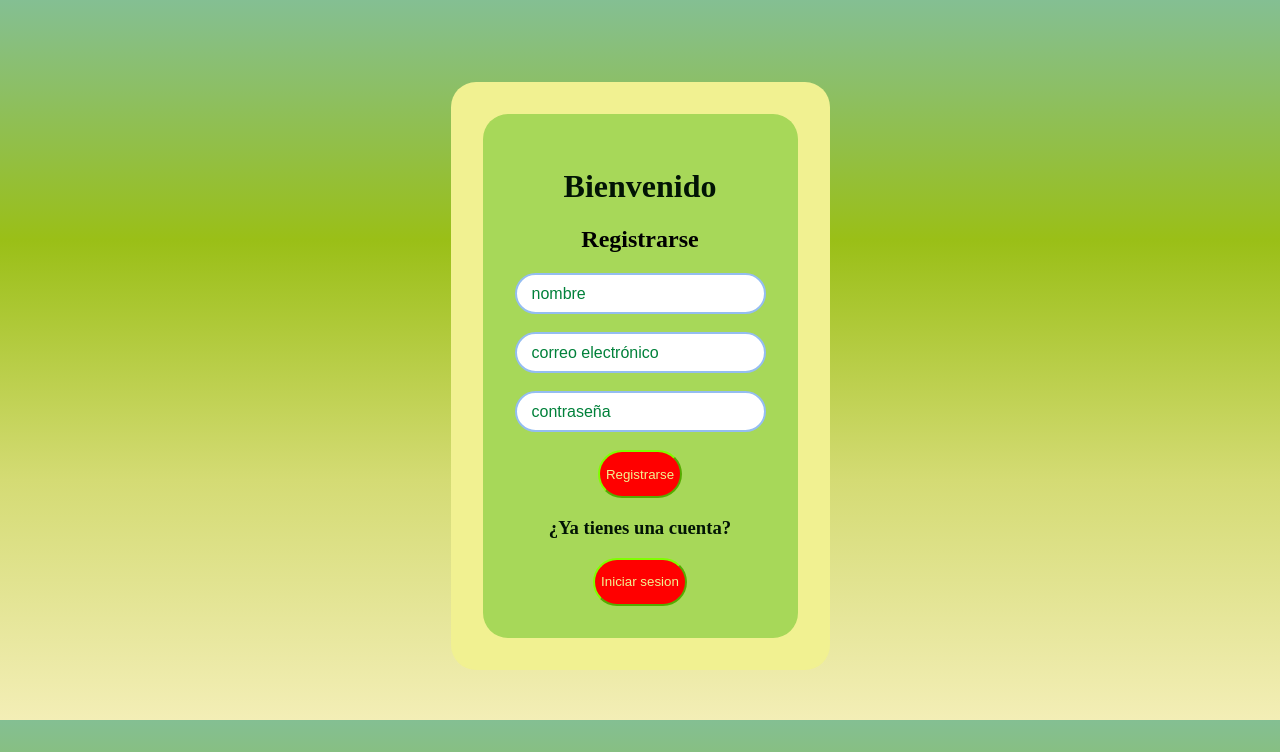
Repository: carrascokarencb37-afk/Nuura
Page: html/registrarse.html
An editor plug-in stored every save of this project. The page is shown before and after the next save, followed by the edit.
The browser window is 1280 px wide. The pictures show the whole page.
Some icons come from a web library that is not loaded, so they are not drawn. Backgrounds fixed to the window are drawn as part of the page.

Above is the page before, as saved 2026-05-28 22:51:18.

### html/registrarse.html
<!DOCTYPE html>
<html lang="es">
<head>
    <meta charset="UTF-8">
    <meta name="viewport" content="width=device-width, initial-scale=1.0">

    <title>Nuura - Registrarse</title>

    <link rel="stylesheet" href="../css/style.css">
    <link rel="icon" href="../img/Nuura.png" type="png">

        <script src="../js/script.js" defer></script>

</head>
    <body>
        <div class="borde">
            <div class="cont">
                <h1>Bienvenido</h1>
                <h2>Registrarse</h2>

        <form action="../php/guardar.php" method="POST">
                <input type="text" name="nombre" placeholder="nombre" id="nombre">
                <br><br>
                <input type="email" name="correo" id="correo" placeholder="correo electrónico">
                <br><br>
            <div class="contra">
                <input type="password" name="contra" id="contra" placeholder="contraseña">
                <span onclick="mostrarContra()" class="ojo">
                    <i
                        class="fi fi-sr-eye">
                    </i>
                </span>
                <br><br>
            </div>

                <button type="submit" class="chapito">Registrarse</button>

        </form>
                <h3>¿Ya tienes una cuenta?</h3>

                <a href="iniciarsesion.html"><button class="chapito">Iniciar sesion</button></a>

            </div>
        </div>

    </body>
</html>

### css/style.css
@import url('https://cdn-uicons.flaticon.com/4.0.0/uicons-solid-rounded/css/uicons-solid-rounded.css');

/*Importar fuente chewy*/
@font-face {
    font-family: 'chewy';
    src: url(../fonts/Chewy-Regular.ttf) format('truetype');
    font-weight: normal;
    font-style: normal;
}


body {
    background-image: linear-gradient(to top, #f3eeb6, #d4db74, #9abf17, #84bf93);
    background-size: cover;
    background-attachment: fixed;
    min-height: 100vh;
    margin: 0;

    justify-content: center;
    text-align: center;
    padding: 1rem;
    display: flex;
    align-items: center;
    justify-content: center;
}

.titulo {
    font-family: Arial, Helvetica, sans-serif;
}

.boton {
    text-decoration: none;
}

/*Aqui empieza el estilo de INICIAR SESION.html*/
.cont{
    border-radius: 25px;
    background-color: #a7d859;
    padding: 2rem;
    min-width: 70%;
    min-height: 70%;
}
.cont h1{
    color: rgb(2, 20, 5);
    font-family:cursive;
}
.cont h3{
    color:rgb(2, 20, 5);
    font-family:cursive;
}

.borde{
    background-color: #F1F191;
    border-radius:25px;
    padding: 2rem;
}

/*registros*/
.cont input{
    border-radius:30px;
    height: 2rem;
    width: 15rem;
    border-color: rgb(148, 189, 241);
}
.cont ::placeholder{
    color: rgb(0, 129, 58);
}

input{
    color: #004d00;
    max-width: 230px;
    min-height: 35px;

    border-radius: 20px;
    border: 2px solid #4c74ff;

    padding-left: 15px;

    color: #145214;

    font-size: 16px;

    outline: none;
}

/*ojito password*/
.fi fi-sr-eye{
    position: absolute;
    right: 15px;
    top: 8px;
    transform: translateY(-50%);
    cursor: pointer;
}

/*botones*/
.chapito{
    border-radius: 25px;
    background-color:rgb(78, 167, 42) ;
    border-color: chartreuse;
    height: 2rem;
    color: #F1F191;
    transition: 1s;
    background-color: red;
    height: 3rem;
    cursor: pointer;
}
.chapito:hover{
    background-color:rgb(148, 189, 241);
    color: blue;
    border-color: blue;
    transition: 1s;
    transform: scale(1.05);
}

/* Móviles medianos (480px - 768px) */
@media (min-width: 481px) and (max-width: 768px) {
    body {
        padding: 1rem;
    }

    .borde {
        max-width: 500px;
    }

    .cont {
        max-width: 400px;
    }

    .cont input {
        max-width: 260px;
    }

    input {
        max-width: 260px;
    }

    .contra {
        max-width: 260px;
    }
}

/* Móviles en horizontal y tablets pequeñas */
@media (max-width: 768px) {
    .chapito:hover {
        transform: none; /* Evita problemas de hover en táctil */
    }
}

/* Ajuste para pantallas muy pequeñas (menos de 360px) */
@media (max-width: 360px) {
    .cont {
        padding: 1rem;
    }

    .chapito {
        width: 100%;
        max-width: 200px;
        font-size: 0.85rem;
    }

    .cont h1 {
        font-size: 1.4rem;
    }

    .cont h2 {
        font-size: 1.1rem;
    }
}

### js/script.js
//Aqui está el código para mostrar la contraseña en el input de iniciar sesión
function mostrarContra() {
    const input = document.getElementById('contra');
    if (input.type === 'password') {
        input.type = 'text';
    }else {
        input.type = 'password';
    }

}

After the next save:
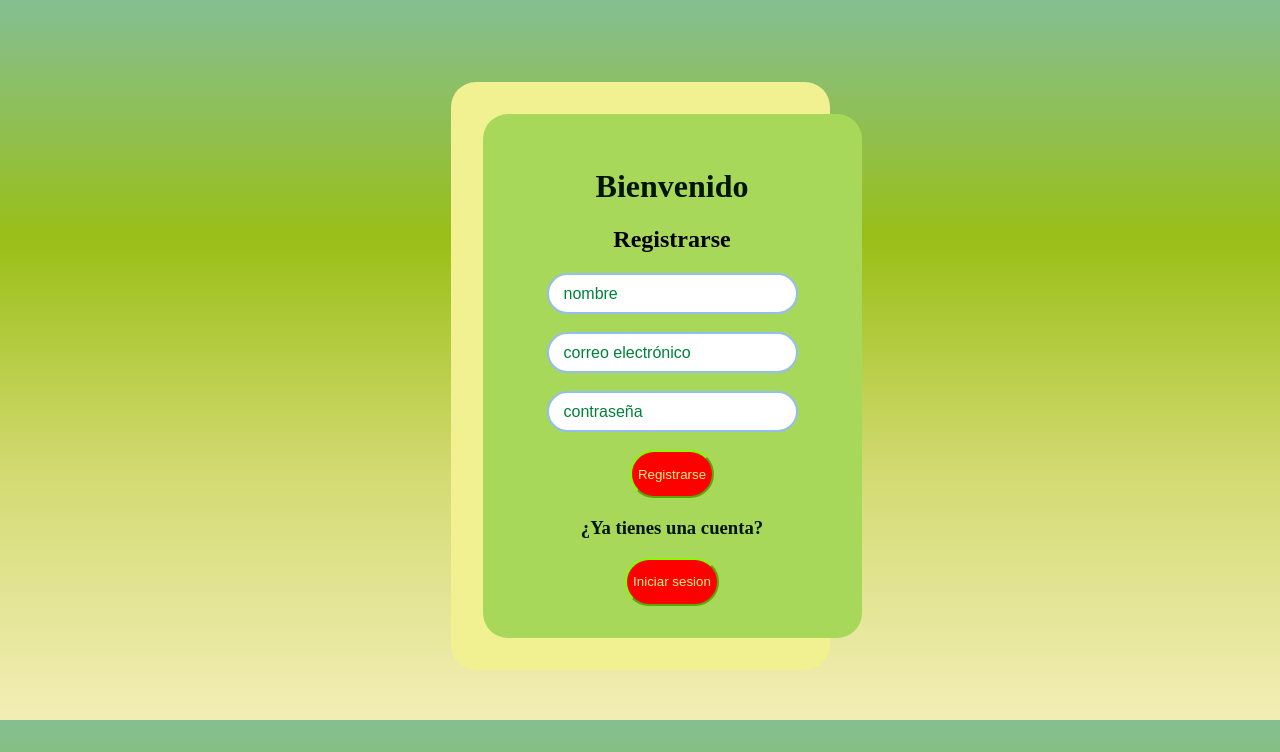
Saved 7 s later.
--- a/css/style.css
+++ b/css/style.css
@@ -37,7 +37,7 @@ body {
     border-radius: 25px;
     background-color: #a7d859;
     padding: 2rem;
-    min-width: 70%;
+    min-width: 100%;
     min-height: 70%;
 }
 .cont h1{
